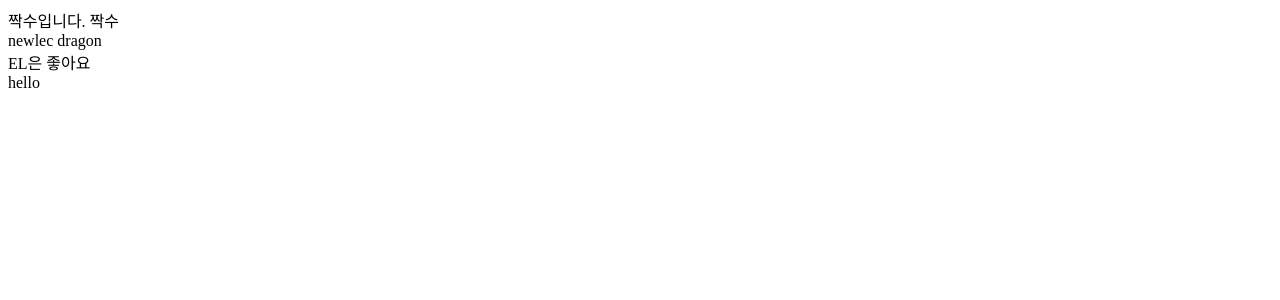
Repository: soyamilk0705/spring-newlecture
Page: http://localhost/JSPPrj/spag
The author's editor kept a copy of each file at every save. The page is drawn from the files as they stood at one save, then again after the next save.
The browser window is 1280 px wide. The pictures show the whole page.
The page is served by Tomcat 9. Other server files are loaded and not shown.

Above is the page before, as saved 2024-01-18 13:27:14.

### ServeltAndJsp/JSPPrj/WebContent/spag.jsp
<%@ page language="java" contentType="text/html; charset=UTF-8"
    pageEncoding="UTF-8"%>
<!DOCTYPE html>
<html>
<head>
<meta charset="UTF-8">
<title>Insert title here</title>
</head>
<%
pageContext.setAttribute("result", "hello");
%>
<body>
	<%=request.getAttribute("result") %>입니다.
	${requestScope.result }<br />
	${names[0] }
	${names[1] }<br />
	${notice.title }<br />
	${result }

</body>
</html>

### ServeltAndJsp/JSPPrj/src/com/newlecture/web/Spag.java
package com.newlecture.web;

import java.io.IOException;
import java.util.HashMap;
import java.util.Map;

import javax.servlet.RequestDispatcher;
import javax.servlet.ServletException;
import javax.servlet.annotation.WebServlet;
import javax.servlet.http.HttpServlet;
import javax.servlet.http.HttpServletRequest;
import javax.servlet.http.HttpServletResponse;

@WebServlet("/spag")
public class Spag extends HttpServlet{

	@Override
	protected void doGet(HttpServletRequest request, HttpServletResponse response) throws ServletException, IOException {
		int num = 0;
		String num_ = request.getParameter("n");

		if(num_ != null && !num_.equals("")){
			num = Integer.parseInt(num_);
		}

		String result;

		if(num%2!=0)
			result = "홀수";
		else
			result = "짝수";

		request.setAttribute("result", result);

		String[] names = {"newlec", "dragon"};
		request.setAttribute("names", names);

		Map<String, Object> notice = new HashMap<>();
		notice.put("id", 1);
		notice.put("title", "EL은 좋아요");
		request.setAttribute("notice", notice);


		// redirect: 현재 작업한 내용과 상관 없이 새로운 요청
		// forward: 현재 작업한 내용을 이어가도록 공유
		RequestDispatcher dispatcher = request.getRequestDispatcher("spag.jsp");

		dispatcher.forward(request, response);

	}

}

After the next save:
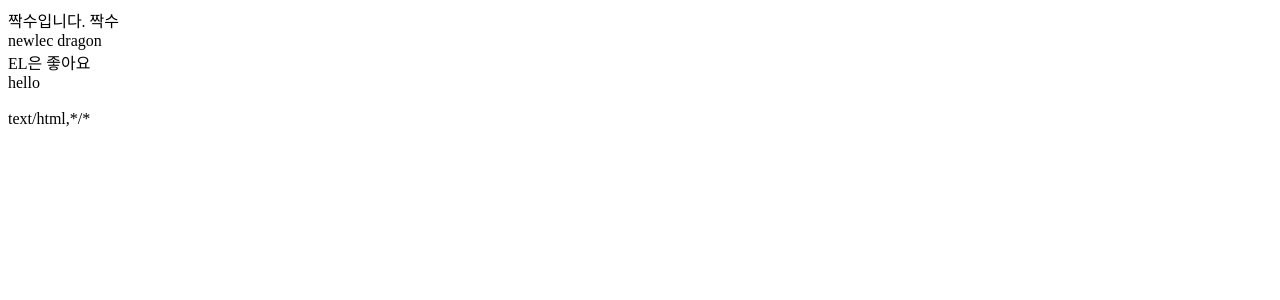
Saved 3 min 12 s later.
--- a/ServeltAndJsp/JSPPrj/WebContent/spag.jsp
+++ b/ServeltAndJsp/JSPPrj/WebContent/spag.jsp
@@ -15,7 +15,9 @@ pageContext.setAttribute("result", "hello");
 	${names[0] }
 	${names[1] }<br />
 	${notice.title }<br />
-	${result }
+	${result }<br />
+	${param.n }<br />
+	${header.accept }
 
 </body>
 </html>
